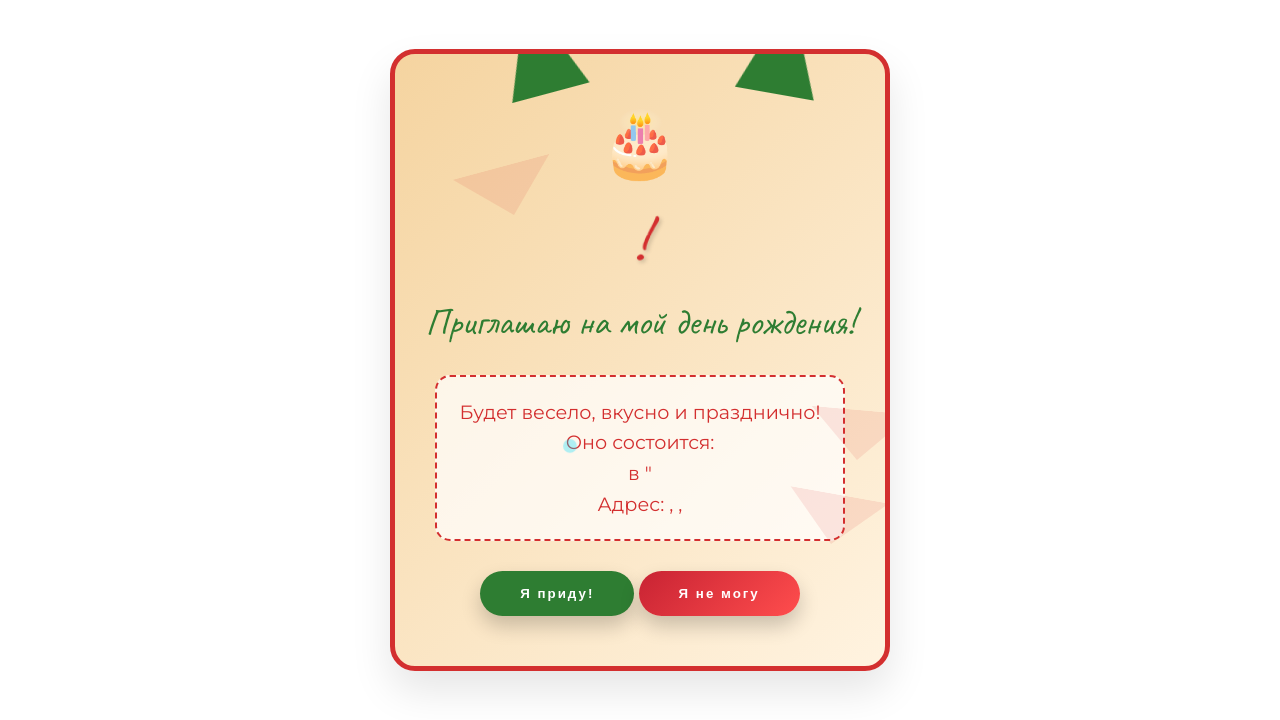
Repository: ll9llall9ll/users-management
Page: templates/6.html
An editor plug-in stored every save of this project. The page is shown before and after the next save, followed by the edit.
The browser window is 1280 px wide. The pictures show the whole page.
The pointer rests on the first visible `.button-no`.
The template is drawn by Flask 3. The application's start-up code is not run. Other server files are loaded and not shown. The template is opened directly, without the code that normally fills it, so the values that code supplies are empty.

Above is the page before, as saved 2025-03-04 20:11:50.

### templates/6.html
<!DOCTYPE html>
<html lang="ru">

<head>
    <meta charset="UTF-8">
    <meta name="viewport" content="width=device-width, initial-scale=1.0">
    <title>День Рождения в Пиццерии!</title>
    <link
        href="https://fonts.googleapis.com/css2?family=Caveat:wght@400;700&family=Montserrat:wght@400;700&display=swap"
        rel="stylesheet">
    <style>
        :root {
            --color-tomato-red: #D32F2F;
            --color-pizza-dough: #F5D4A0;
            --color-basil-green: #2E7D32;
            --color-cheese-yellow: #FFC107;
            --color-background: #FFFFFF;
        }

        * {
            margin: 0;
            padding: 0;
            box-sizing: border-box;
        }

        body {
            font-family: 'Montserrat', sans-serif;
            background-color: var(--color-background);
            display: flex;
            justify-content: center;
            align-items: center;
            min-height: 100vh;
            perspective: 1000px;
            overflow: hidden;
            color: var(--color-tomato-red);
        }

        .invitation-container {
            width: 500px;
            background: linear-gradient(135deg, var(--color-pizza-dough), #FFF3E0);
            border-radius: 25px;
            box-shadow: 0 20px 40px rgba(0, 0, 0, 0.1);
            position: relative;
            overflow: hidden;
            text-align: center;
            padding: 50px 20px;
            border: 5px solid var(--color-tomato-red);
        }

        .pizza-decoration {
            position: absolute;
            width: 100%;
            height: 100%;
            pointer-events: none;
            z-index: 1;
        }

        .pizza-slice {
            position: absolute;
            width: 100px;
            height: 100px;
            background-color: var(--color-tomato-red);
            clip-path: polygon(50% 50%, 0 0, 100% 0);
            opacity: 0.1;
            transform: rotate(var(--rotation));
        }

        .party-props {
            position: absolute;
            top: -50px;
            width: 100%;
            display: flex;
            justify-content: space-around;
            z-index: 10;
        }

        .pizza-hat {
            width: 80px;
            height: 100px;
            background-color: var(--color-basil-green);
            clip-path: polygon(50% 0%, 0% 100%, 100% 100%);
            transform: rotate(var(--rotation));
            animation: hat-bounce 2s infinite alternate;
        }

        @keyframes hat-bounce {
            0% {
                transform: translateY(0) rotate(var(--rotation));
            }

            100% {
                transform: translateY(-10px) rotate(var(--rotation));
            }
        }

        .fireworks {
            position: absolute;
            width: 100%;
            height: 100%;
            pointer-events: none;
        }

        .firework {
            position: absolute;
            width: 10px;
            height: 10px;
            background-color: var(--firework-color);
            border-radius: 50%;
            opacity: 0;
            animation: firework 1.5s ease-out;
        }

        @keyframes firework {
            0% {
                transform: scale(0);
                opacity: 1;
            }

            100% {
                transform: scale(2);
                opacity: 0;
            }
        }

        .pizza-emoji {
            font-size: 4rem;
            margin-bottom: 20px;
        }

        .name-highlight {
            font-family: 'Caveat', cursive;
            font-size: 60px;
            color: var(--color-tomato-red);
            text-shadow: 2px 2px 4px rgba(0, 0, 0, 0.2);
            margin-bottom: 20px;
            animation: name-bounce 1s infinite alternate;
        }

        @keyframes name-bounce {
            0% {
                transform: scale(1) rotate(-5deg);
            }

            100% {
                transform: scale(1.05) rotate(5deg);
            }
        }

        .invitation-text {
            font-family: 'Caveat', cursive;
            font-size: 37px;
            color: var(--color-basil-green);
            margin-bottom: 30px;
        }

        .event-details {
            background-color: rgba(255, 255, 255, 0.7);
            border-radius: 15px;
            padding: 20px;
            margin: 0 20px 30px;
            font-size: 1.2rem;
            line-height: 1.6;
            border: 2px dashed var(--color-tomato-red);
        }

        .btn-confirm {
            cursor: pointer;
            display: inline-block;
            padding: 15px 40px;
            background-color: var(--color-basil-green);
            color: white;
            text-decoration: none;
            border-radius: 50px;
            font-weight: bold;
            letter-spacing: 2px;
            transition: all 0.3s ease;
            box-shadow: 0 10px 20px rgba(0, 0, 0, 0.2);
            border: none;
            outline: none;
            /* Убирает обводку при фокусе */
        }

        .btn-confirm:hover {
            transform: translateY(-5px);
            box-shadow: 0 15px 30px rgba(0, 0, 0, 0.3);
            background-color: var(--color-basil-green);
        }

        .button-no {
            cursor: pointer;
            display: inline-block;
            padding: 15px 40px;
            background-color: var(--color-tomato-red);
            color: white;
            text-decoration: none;
            border-radius: 50px;
            font-weight: bold;
            letter-spacing: 2px;
            transition: all 0.3s ease;
            box-shadow: 0 10px 20px rgba(0, 0, 0, 0.2);
            border: none;
            outline: none;
            background: linear-gradient(135deg, #dc3545, #ff6b6b);
        }

        .button-no:hover {
            background: linear-gradient(135deg, #c82333, #ff4d4d);}

    </style>
</head>

<body>
    <div class="invitation-container">
        <div class="pizza-decoration">
            <div class="pizza-slice" style="top: 10%; left: 10%; --rotation: -15deg;"></div>
            <div class="pizza-slice" style="bottom: 20%; right: 5%; --rotation: 10deg;"></div>
            <div class="pizza-slice" style="top: 50%; left: 80%; --rotation: 5deg;"></div>
        </div>

        <div class="party-props">
            <div class="pizza-hat" style="--rotation: -15deg;"></div>
            <div class="pizza-hat" style="--rotation: 10deg;"></div>
        </div>

        <div class="fireworks"></div>

        <div class="pizza-emoji">🎂</div>

        <div class="name-highlight">{{invitation.name}}!</div>

        <div class="invitation-text">
            Приглашаю на мой день рождения!
        </div>

        <div class="event-details">
            <p>Будет весело, вкусно и празднично!</p>
            <p>Оно состоится: {{ event.date }} </p>
            <p>в {{ event.hall_name }}"</p>
            <p>Адрес: {{ event.address_country }} , {{ event.address_city }} , {{ event.address_line }} </p>
        </div>
        <form class="formAC" method="post" action="{{ url_for('invite', h=invitation.hash) }}">
            <button type="submit" name='action' class="btn-confirm" onclick="return confirm('Դուք Համոզվա՞ծ եք?')"
                value="accepted">Я приду!</button>
            <button type="submit" name='action' class="button-no" onclick="return confirm('Դուք Համոզվա՞ծ եք?')"
                value="rejected">Я не могу</button>
        </form>
    </div>

    <script>
        function createFireworks() {
            const fireworksContainer = document.querySelector('.fireworks');

            function createFirework() {
                const firework = document.createElement('div');
                firework.classList.add('firework');

                firework.style.setProperty('--firework-color', `hsl(${Math.random() * 360}, 100%, 50%)`);
                firework.style.left = `${Math.random() * 100}%`;
                firework.style.top = `${Math.random() * 100}%`;
                firework.style.animationDelay = `${Math.random() * 2}s`;

                fireworksContainer.appendChild(firework);

                setTimeout(() => {
                    fireworksContainer.removeChild(firework);
                }, 2000);
            }

            setInterval(createFirework, 500);
        }

        createFireworks();
    </script>
</body>

</html>

After the next save:
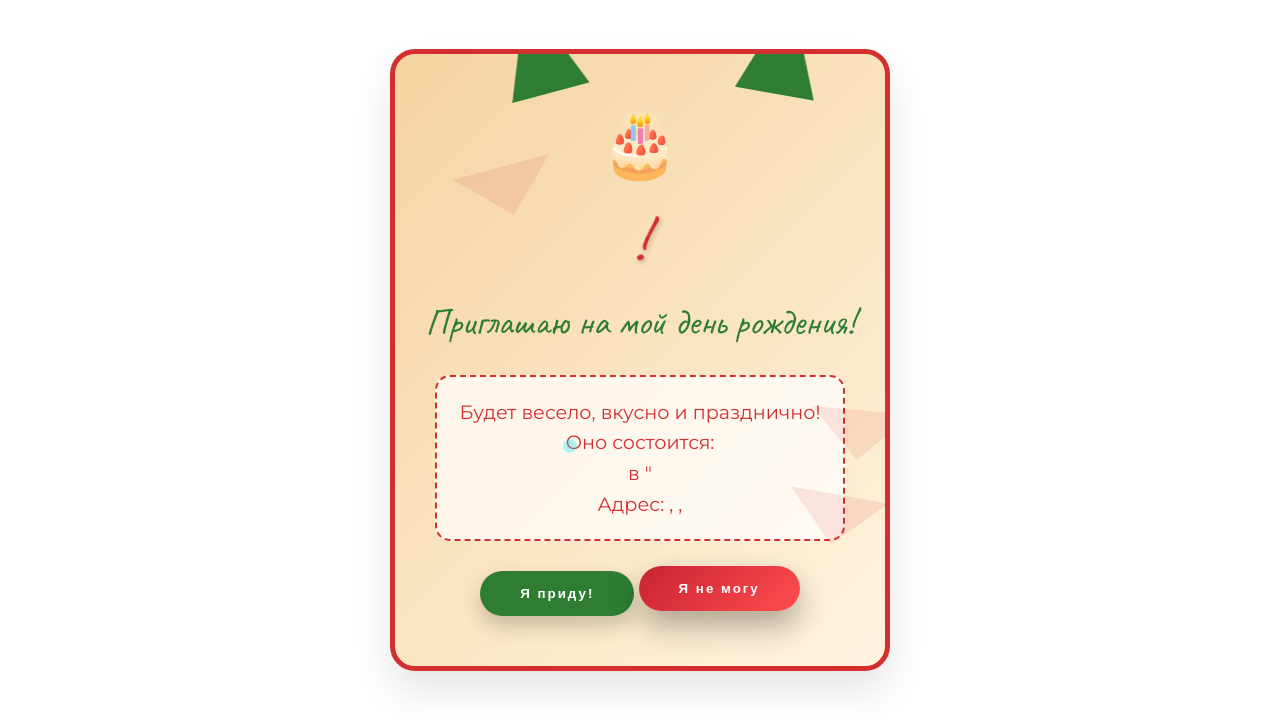
Saved 22 s later.
--- a/templates/6.html
+++ b/templates/6.html
@@ -204,6 +204,9 @@
         }
 
         .button-no:hover {
+            transform: translateY(-5px);
+            box-shadow: 0 15px 30px rgba(0, 0, 0, 0.3);
+            background-color: var(--color-basil-green);
             background: linear-gradient(135deg, #c82333, #ff4d4d);}
 
     </style>
